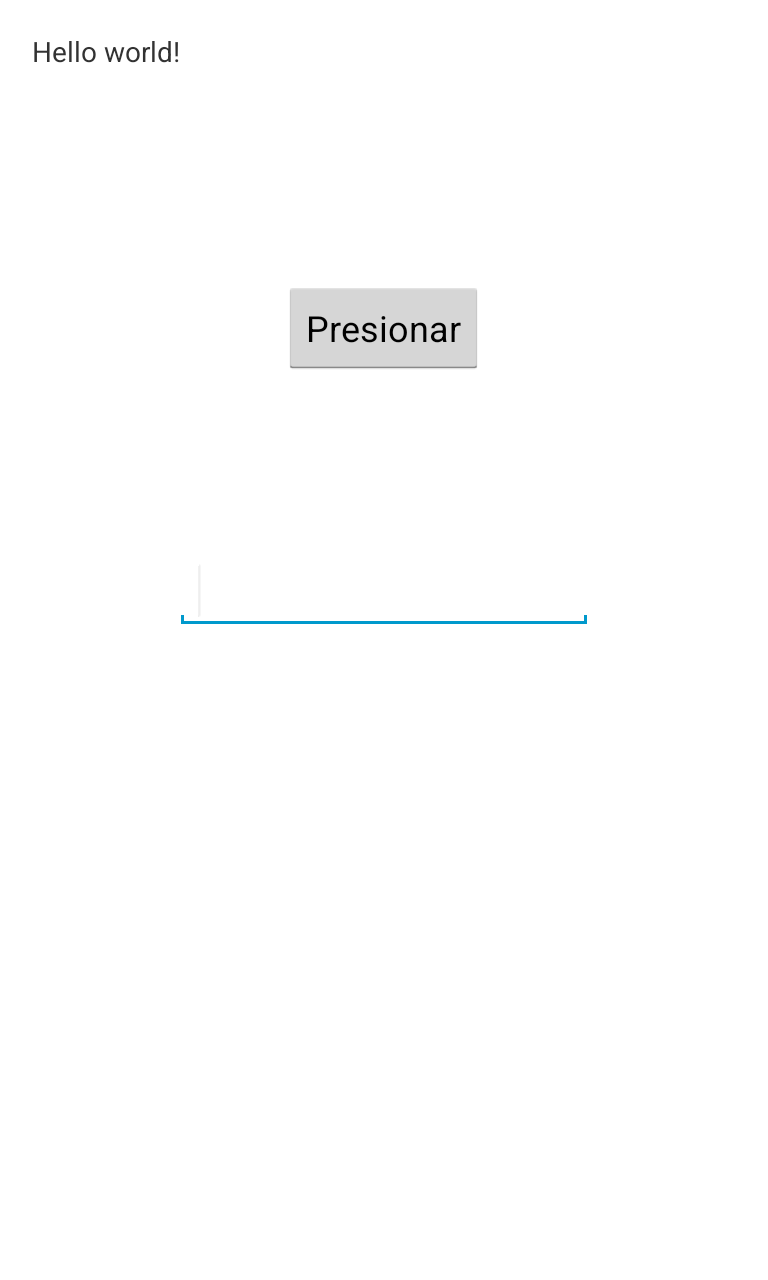
Repository: jam1987/moviles
Layout: proy2/AppSecond/res/layout/activity_main.xml
These files come from the project's save history. The layout is drawn as it stood at one moment and after the next save; the edit follows.
It is drawn on a 768 x 1280 px phone screen (xhdpi) without system bars, with theme AppTheme; the app's code is not run.

Above is the layout before, as saved 2014-01-22 19:28:16.

After the next save:
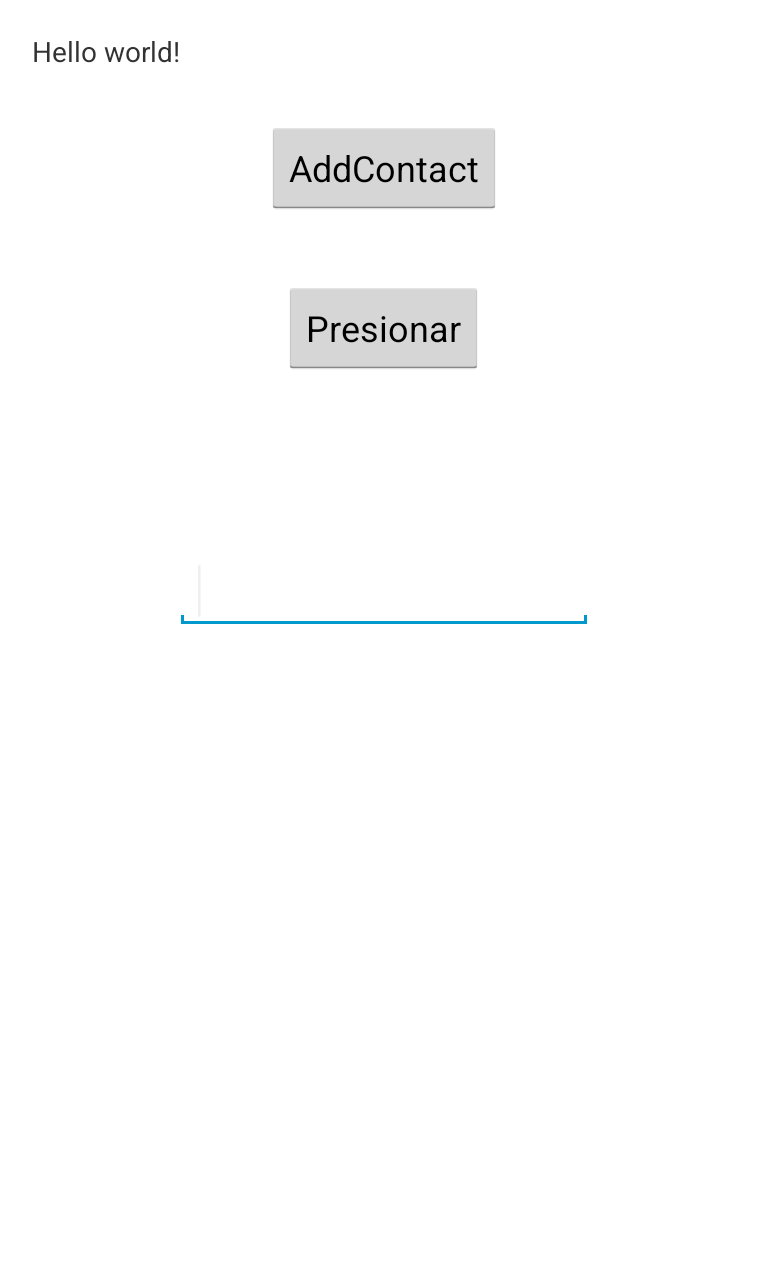
Saved 4 min 27 s later.
--- a/proy2/AppSecond/res/layout/activity_main.xml
+++ b/proy2/AppSecond/res/layout/activity_main.xml
@@ -35,4 +35,13 @@
         <requestFocus />
     </EditText>
 
+    <Button
+        android:id="@+id/button2"
+        android:layout_width="wrap_content"
+        android:layout_height="wrap_content"
+        android:layout_below="@+id/textView1"
+        android:layout_centerHorizontal="true"
+        android:layout_marginTop="25dp"
+        android:text="AddContact" />
+
 </RelativeLayout>
